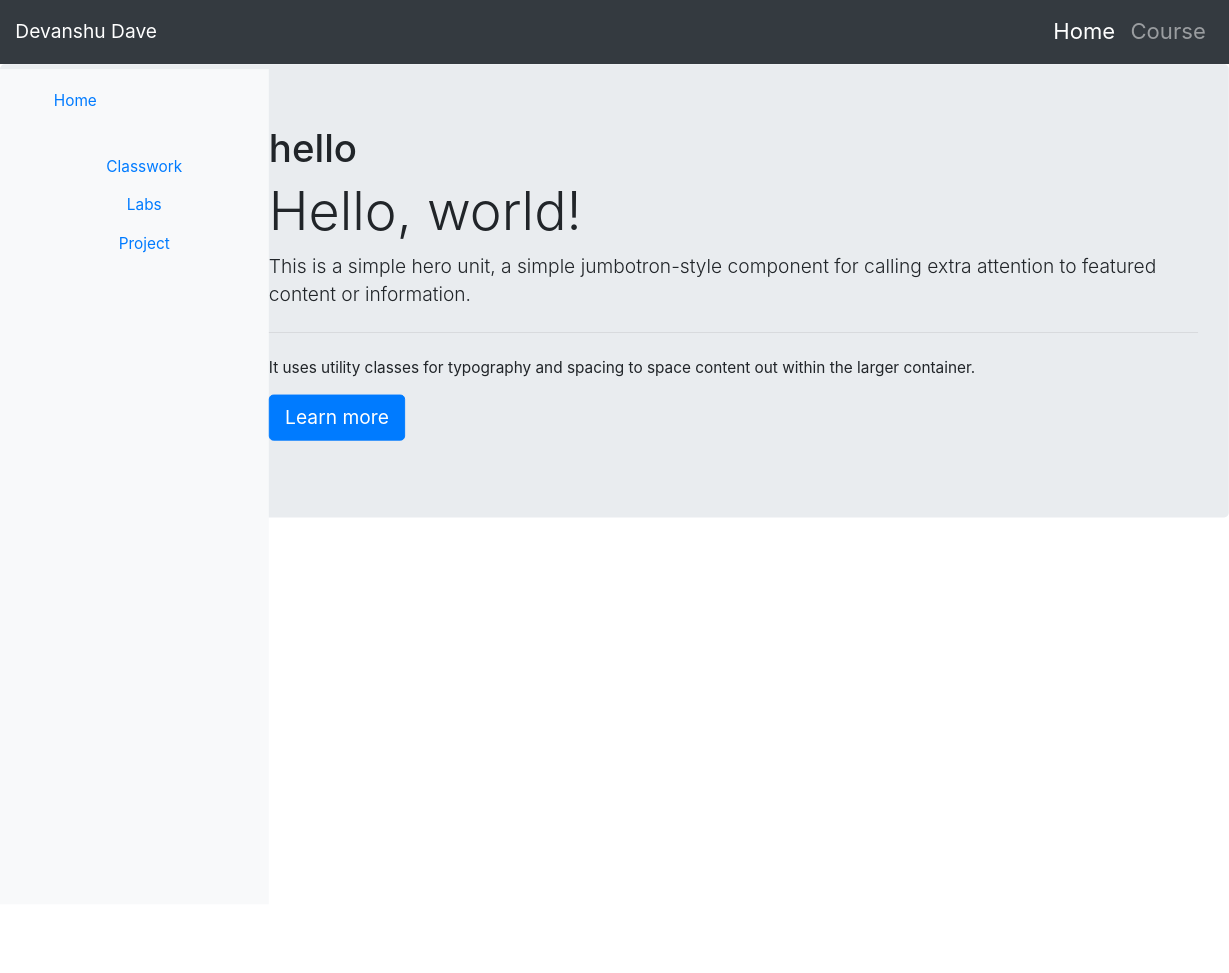
Repository: devanshudave1901/Mobile-Dev-Website
Page: labs.html
These files come from the project's save history. The page is drawn as it stood at one moment and after the next save; the edit follows.
The browser window is 1280 px wide. The pictures show the whole page, at 96% of full size.
Some web libraries are served in a nearby version.

Above is the page before, as saved 2022-10-05 14:29:17.

### labs.html
<!DOCTYPE html>
<html lang="en">
  <head>
    <meta charset="UTF-8" />
    <meta http-equiv="X-UA-Compatible" content="IE=edge" />
    <meta name="viewport" content="width=device-width, initial-scale=1.0" />
    <link
      rel="stylesheet"
      href="https://cdn.jsdelivr.net/npm/bootstrap@4.0.0/dist/css/bootstrap.min.css"
      integrity="sha384-Gn5384xqQ1aoWXA+058RXPxPg6fy4IWvTNh0E263XmFcJlSAwiGgFAW/dAiS6JXm"
      crossorigin="anonymous"
    />
    <link
      href="https://maxcdn.bootstrapcdn.com/font-awesome/4.2.0/css/font-awesome.min.css"
      rel="stylesheet"
    />
    <link rel="stylesheet" href="./css/style.css" />

    <style>
      .navbar-nav {
        margin-left: auto;
        font-size: 23px;
      }
      .welcomeHeading {
        text-shadow: 2px 2px red;
        text-align: center;
      }
      .welcomeText {
        text-align: center;
        font-family: "Sofia", sans-serif;
      }
      .featurette-heading {
        font-weight: 300;
        line-height: 1;
        letter-spacing: -0.05rem;
        margin-top: 20%;
      }
      .profileIamge {
        width: 250px;

        left: 300px;
      }
      .mobileDevProfile {
        margin-top: 10%;
        left: 100px;
      }
      .main {
        display: flex;
        flex-wrap: nowrap;
        height: 100vh;
        height: -webkit-fill-available;
        max-height: 100vh;
        overflow-x: auto;
        overflow-y: hidden;
      }
      .sideBar {
        height: 870px;
      }
    </style>
    <script
      src="https://code.jquery.com/jquery-3.2.1.slim.min.js"
      integrity="sha384-KJ3o2DKtIkvYIK3UENzmM7KCkRr/rE9/Qpg6aAZGJwFDMVNA/GpGFF93hXpG5KkN"
      crossorigin="anonymous"
    ></script>
    <script
      src="https://cdn.jsdelivr.net/npm/popper.js@1.12.9/dist/umd/popper.min.js"
      integrity="sha384-ApNbgh9B+Y1QKtv3Rn7W3mgPxhU9K/ScQsAP7hUibX39j7fakFPskvXusvfa0b4Q"
      crossorigin="anonymous"
    ></script>
    <script
      src="https://cdn.jsdelivr.net/npm/bootstrap@4.0.0/dist/js/bootstrap.min.js"
      integrity="sha384-JZR6Spejh4U02d8jOt6vLEHfe/JQGiRRSQQxSfFWpi1MquVdAyjUar5+76PVCmYl"
      crossorigin="anonymous"
    ></script>
    <title>Mobile Development - Lab 2</title>
  </head>
  <body>
    <div id="navBar">
      <nav class="navbar sticky-top navbar-expand-lg navbar-dark bg-dark">
        <a class="navbar-brand" href="#">Devanshu Dave</a>

        <div class="collapse navbar-collapse" id="navbarNavDropdown">
          <ul class="navbar-nav" mr-auto>
            <li class="nav-item active">
              <a class="nav-link" href="./index.html"
                >Home <span class="sr-only">(current)</span></a
              >
            </li>
            <li class="nav-item">
              <a class="nav-link" href="./course.html">Course</a>
            </li>
          </ul>
        </div>
      </nav>
    </div>
    <div id="sideBar"><div
        class="d-flex flex-column flex-shrink-0 p-3 bg-light sideBar"
        style="width: 280px"
      >
        <a
          href="/"
          class="d-flex align-items-center mb-3 mb-md-0 me-md-auto link-dark text-decoration-none"
        >
          <svg class="bi me-2" width="40" height="32">
            <use xlink:href="#bootstrap" />
          </svg>
          <span class="fs-4">Home</span>
        </a>
        <hr />
        <ul class="nav nav-pills flex-column mb-auto">
          <li>
            <a href="index.html" class="nav-link link-dark">
              <svg class="bi me-2" width="16" height="16">
                <use xlink:href="#table" />
              </svg>
              Classwork
            </a>
          </li>
          <li class="nav-item">
            <a href="labs.html" class="nav-link" aria-current="page">
              <svg class="bi me-2" width="16" height="16">
                <use xlink:href="#home" />
              </svg>
              Labs
            </a>
          </li>
          <li>
            <a href="#" class="nav-link link-dark">
              <svg class="bi me-2" width="16" height="16">
                <use xlink:href="#speedometer2" />
              </svg>
              Project
            </a>
          </li>
        </ul>
        <hr />
      </div>
      <br />
      <br />
      <br />
    </div></div>
    <div id="mainBar">
        <div class="jumbotron">
        <h1>hello</h1>
        <h1 class="display-4">Hello, world!</h1>
        <p class="lead">
          This is a simple hero unit, a simple jumbotron-style component for
          calling extra attention to featured content or information.
        </p>
        <hr class="my-4" />
        <p>
          It uses utility classes for typography and spacing to space content
          out within the larger container.
        </p>
        <p class="lead">
          <a class="btn btn-primary btn-lg" href="#" role="button"
            >Learn more</a
          >
        </p>
      </div></div>
  </body>
</html>

### css/style.css
#sideBar {
  height: 570px;
  margin-top: 5px;
  float: left;
  text-align: center;
}

After the next save:
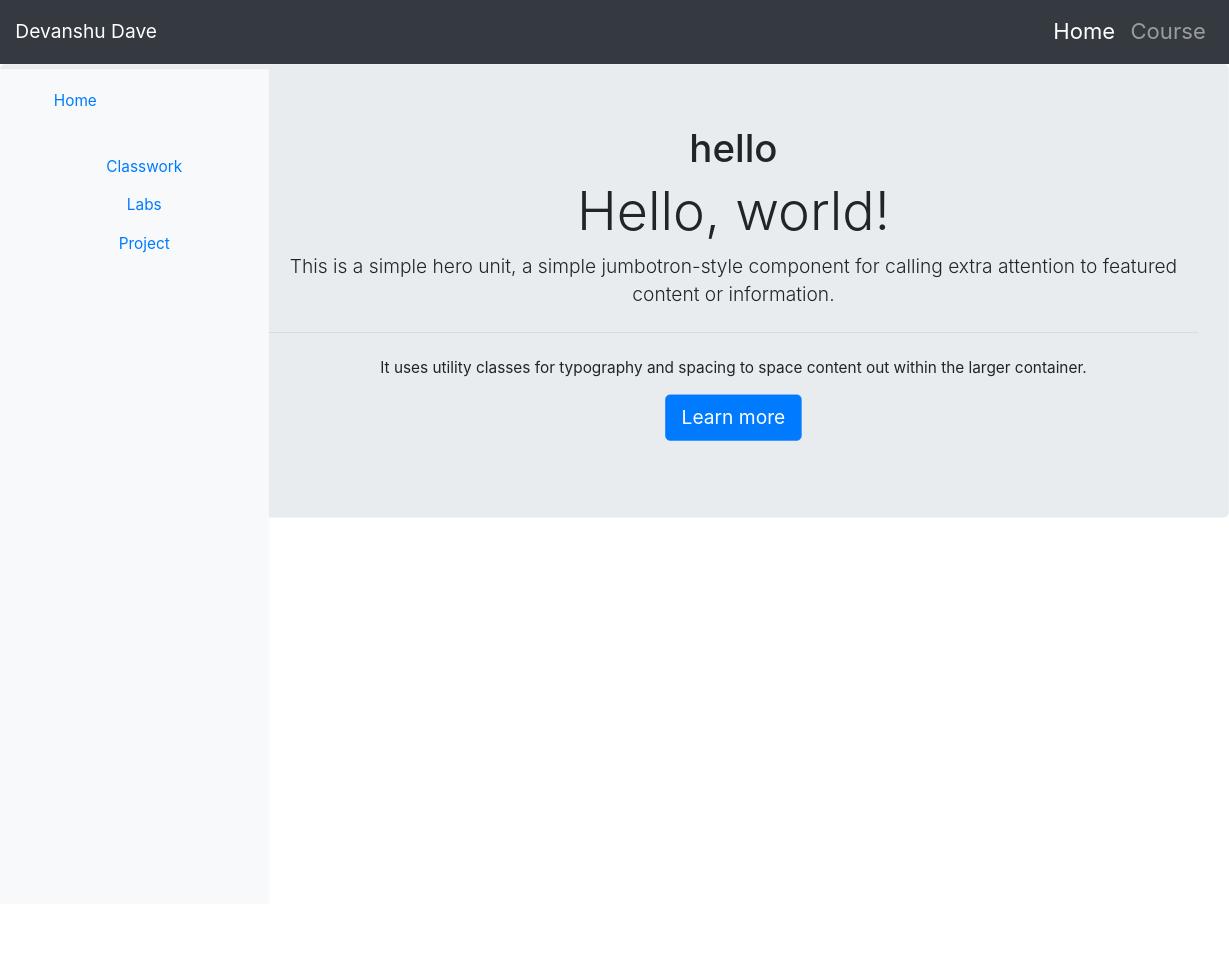
Saved 13 s later.
--- a/css/style.css
+++ b/css/style.css
@@ -4,3 +4,7 @@
   float: left;
   text-align: center;
 }
+
+#mainBar {
+  text-align: center;
+}
